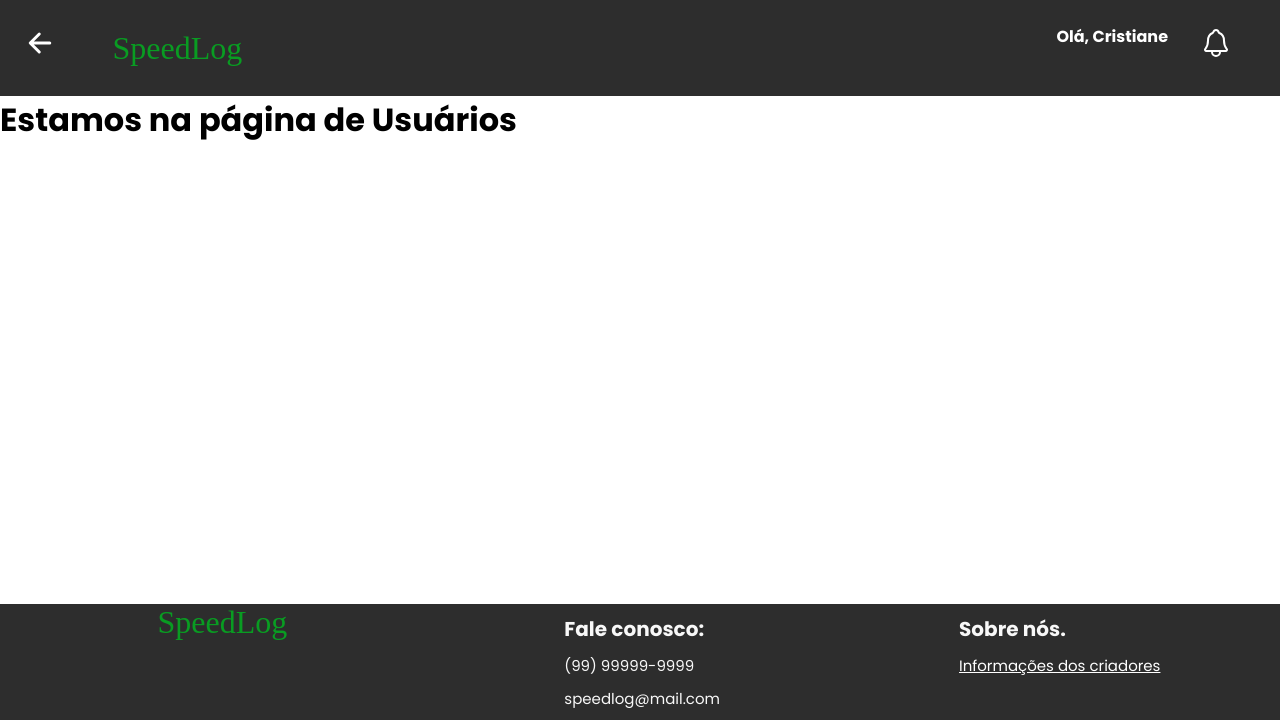
Repository: crisholiveira/speedlog
Page: http://localhost/usuarios/
These files come from the project's save history. The page is drawn as it stood at one moment and after the next save; the edit follows.
The browser window is 1280 px wide. The pictures show the whole page.
Some web fonts or font styles are not loaded; a fallback is used. The page is served by the project's Node server (app.js).

Above is the page before, as saved 2022-01-23 18:31:40.

After the next save:
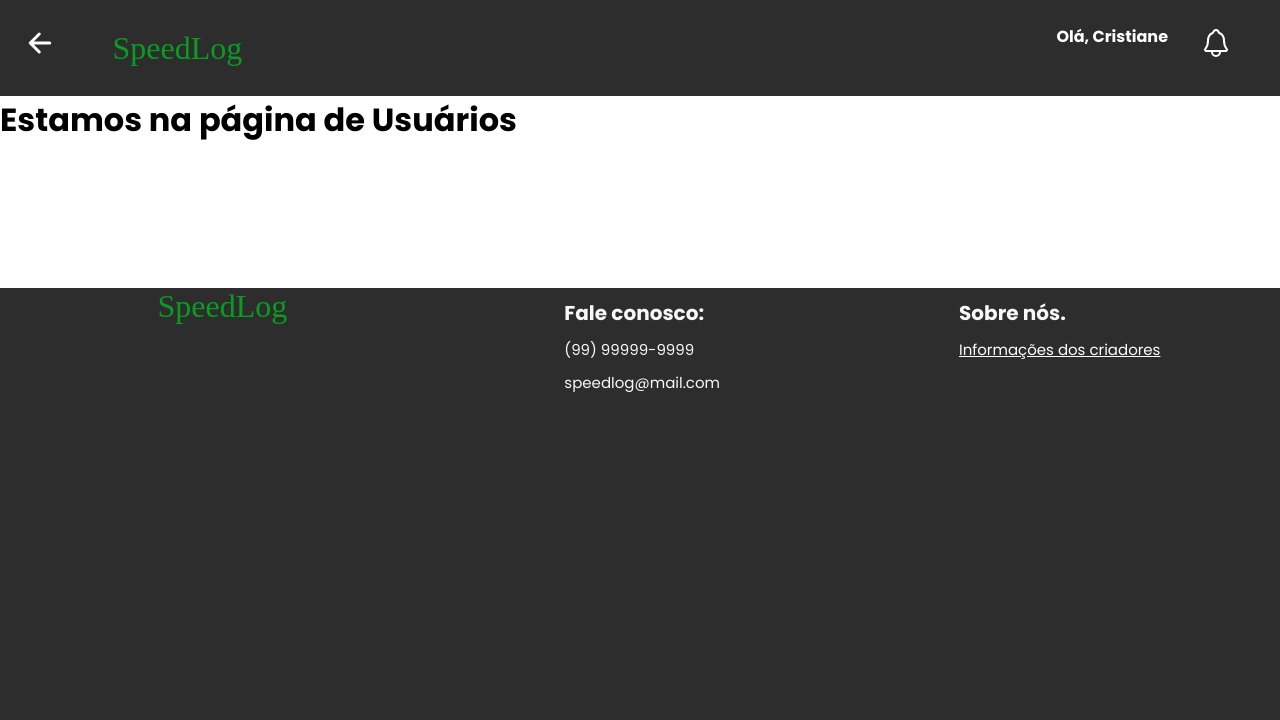
Saved 30 s later.
--- a/public/stylesheets/footer.css
+++ b/public/stylesheets/footer.css
@@ -10,6 +10,7 @@
     min-height: 10vh;
     background-color:#2d2d2d;
     color: rgb(248, 248, 248);
+    top: 40vh;
     bottom: 0;
     left: 0;
     position: fixed;

After the save that followed:
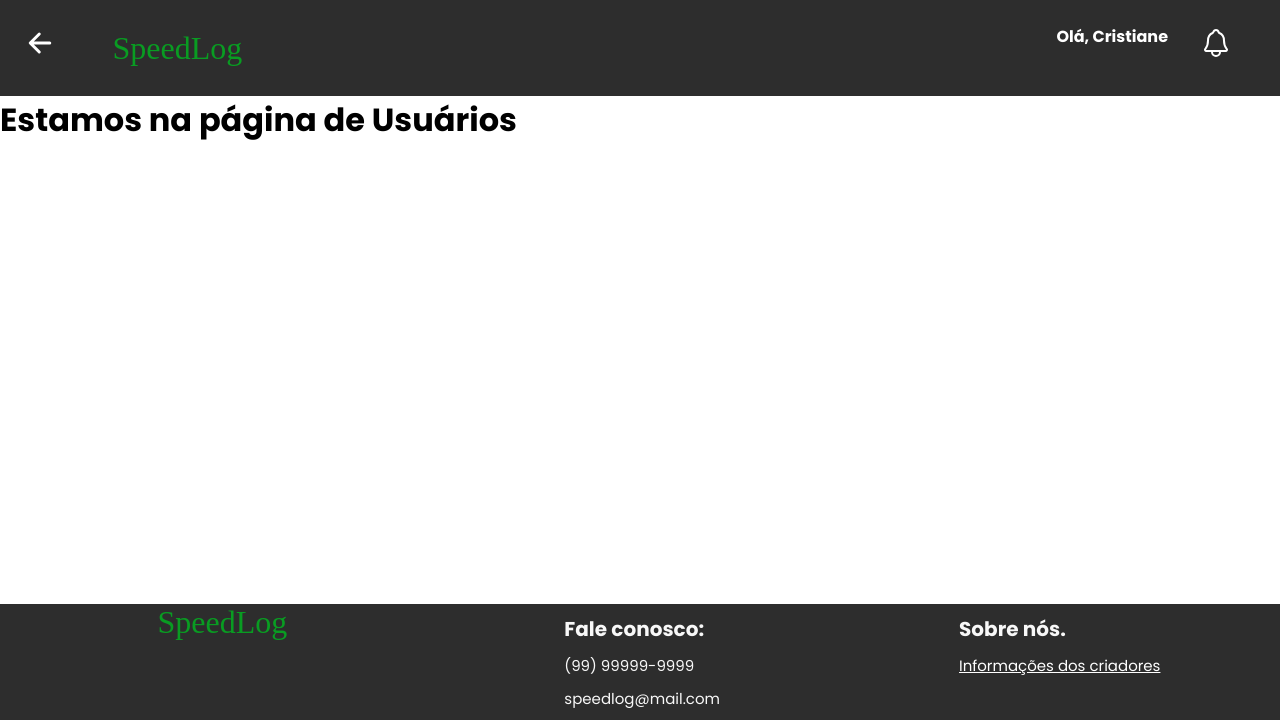
Saved 33 s later.
--- a/public/stylesheets/footer.css
+++ b/public/stylesheets/footer.css
@@ -10,7 +10,7 @@
     min-height: 10vh;
     background-color:#2d2d2d;
     color: rgb(248, 248, 248);
-    top: 40vh;
+    margin-top: 10vh;
     bottom: 0;
     left: 0;
     position: fixed;
